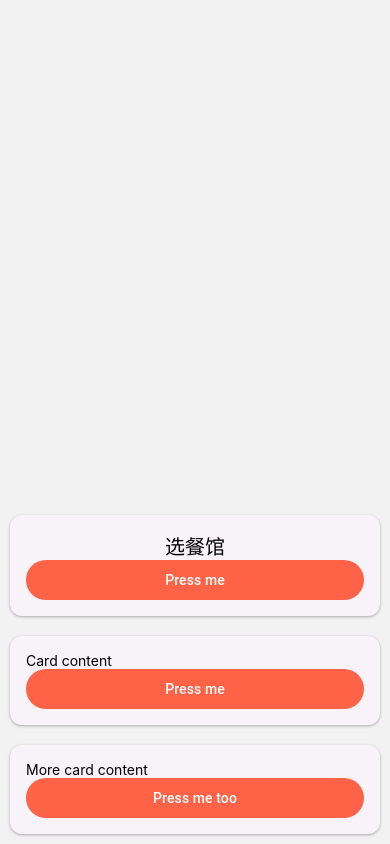
Repository: RidenShogunei/react-native-liveapp
Page: / (app in LiveTool/)
These files come from the project's save history. The page is drawn as it stood at one moment and after a run of saves; the edit follows.
The browser window is 390 px wide. The pictures show the whole page.
The page's requests for data from a server got no answer. The app was drawn by React Native's web renderer in a window 390 px wide. The project was rebuilt for these pictures with package versions that can differ from the ones it lists, and the page was loaded fresh each time. No one was signed in, and anything a server would have sent is missing.

Above is the page before, as saved 2024-05-12 12:26:55.

After the next 2 saves:
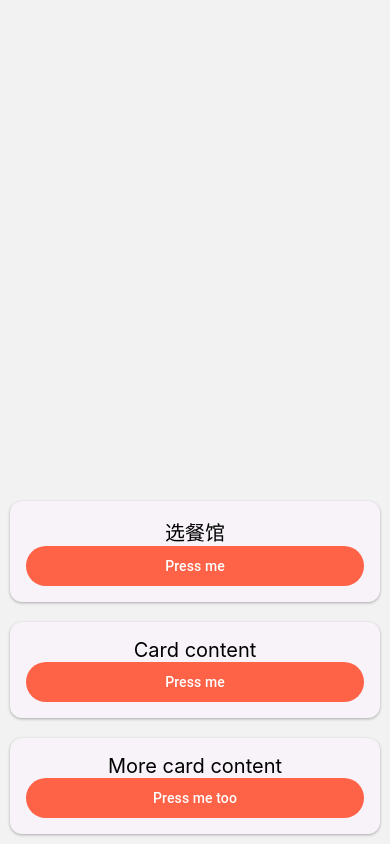
The 2 saves are shown as one change because they came seconds apart.
The last was saved 12 s later.
--- a/LiveTool/pages/mian.tsx
+++ b/LiveTool/pages/mian.tsx
@@ -80,7 +80,7 @@ function MainPage() {
         </Card>
         <Card style={{margin: 10}}>
           <Card.Content>
-            <Text>Card content</Text>
+            <Text style={styles.text}>Card content</Text>
             <Button
               mode="contained"
               onPress={() => console.log('Button pressed')}>
@@ -90,7 +90,7 @@ function MainPage() {
         </Card>
         <Card style={{margin: 10}}>
           <Card.Content>
-            <Text>More card content</Text>
+            <Text style={styles.text}>More card content</Text>
             <Button
               mode="contained"
               onPress={() => console.log('Another button pressed')}>
